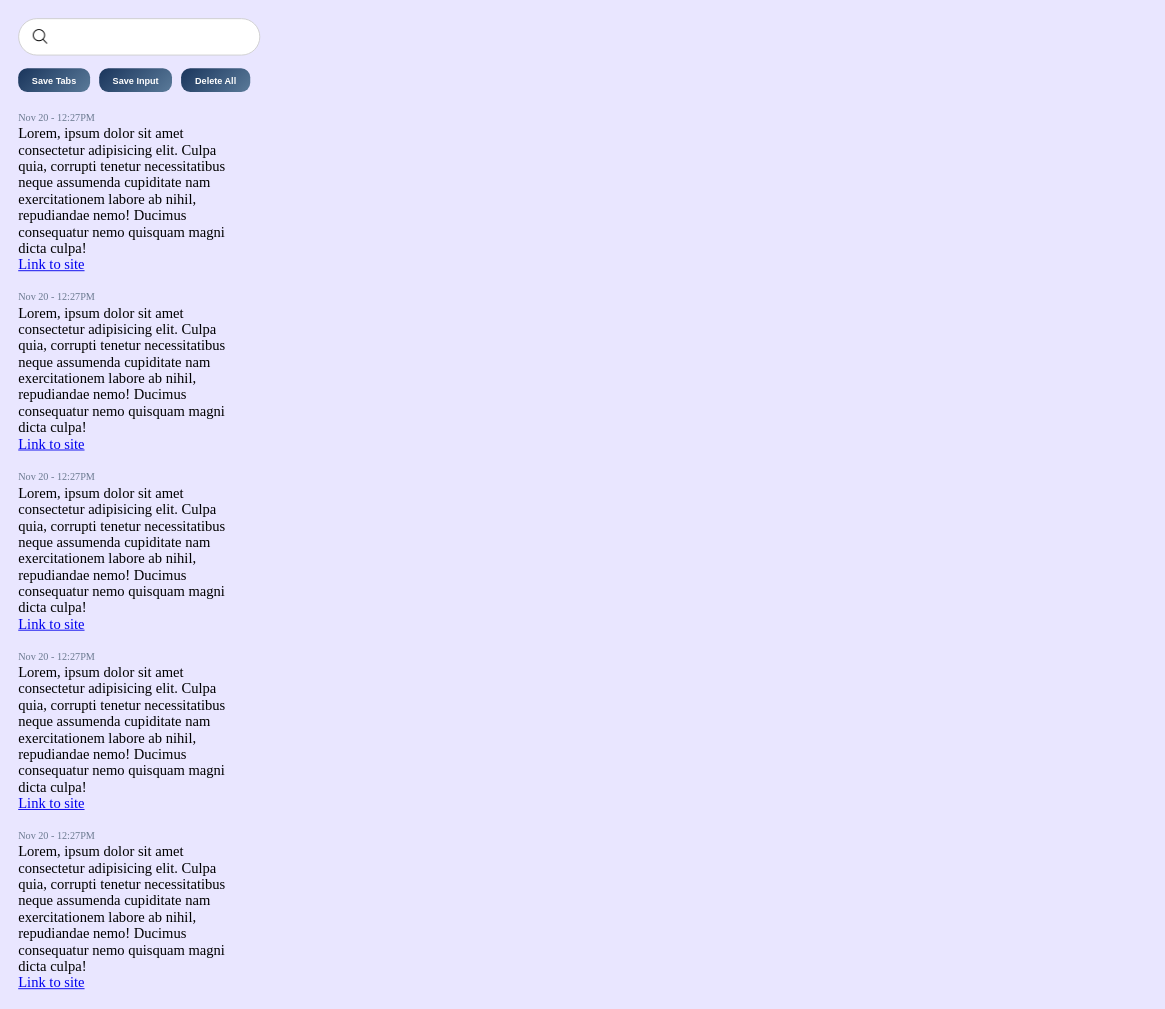
Repository: IdowuMicheal-1/Text-Tab-Organizer
Page: popup.html
These files come from the project's save history. The page is drawn as it stood at one moment and after the next save; the edit follows.
The browser window is 1280 px wide. The pictures show the whole page, at 91% of full size.

Above is the page before, as saved 2025-05-14 13:56:45.

### popup.html
<!DOCTYPE html>
<html lang="en">
  <head>
    <meta charset="UTF-8" />
    <meta name="viewport" content="width=device-width, initial-scale=1.0" />
    <link rel="stylesheet" href="./popup.css" />
    <title>Tabs</title>
  </head>
  <body>
    <div class="top-div">
      <div class="input-div">
        <input type="text" class="text-ipt" />
        <img src="./assets/search.png" class="search-icon" />
      </div>
      <div>
        <div class="btn-div">
          <button class="tabs-btn">Save Tabs</button>
          <button class="tabs-btn">Save Input</button>
          <button class="tabs-btn">Delete All</button>
        </div>
      </div>
      <ul id="content-list"></ul>
    </div>
    <script src="./popup.js"></script>
  </body>
</html>

### popup.css
*,
::before,
::after {
  margin: 0;
  padding: 0;
}



body {
  width: 300px;
  height: 100px;
  min-height: 100px;
  background-color: #e9e6ff;
}

*::-webkit-scrollbar {
  display: none;
}

* {
  -ms-overflow-style: none;
  scrollbar-width: none;
}
html {
  height: 100px;
  min-height: 100px;
}
.top-div {
  width: 100%;
  padding: 20px;
}

.input-div {
  position: relative;
  width: 100%;
}

.search-icon {
  position: absolute;
  top: 12px;
  left: 16px;
  width: 16px;
  height: 16px;
  color: #cecece;
  filter: brightness(20%);
}

.text-ipt {
  width: 220px;
  border-radius: 24px;
  padding: 12px 8px;
  border: 1px solid #cecece;
  padding-left: 36px;
  color: #303030;
}
.save {
  font-size: 14px;
  font-weight: 500;
  color: #13294d;
  margin: 0;
}

.btn-div {
  display: flex;
  align-items: center;
  gap: 10px;
  margin-top: 16px;
}

.tabs-btn {
  background: linear-gradient(
    135deg,
    #13294d,
    #4f6d92
  ); /* Choose the one you prefer */
  color: white;
  padding: 0.75em 1.5em;
  border: none;
  border-radius: 10px;
  font-weight: 600;
  cursor: pointer;
  transition: background 0.3s ease, transform 0.2s ease;
  font-size: 10px;
  text-wrap: nowrap;
}

.tabs-btn {
  background: linear-gradient(
    135deg,
    #1a355c,
    #5a7a99
  ); /* slightly lighter on hover */
  transform: translateY(-2px);
}

.content-card {
  background: white;
  border-radius: 12px;
  padding: 1.5rem;
  box-shadow: 0 4px 12px rgba(0, 0, 0, 0.06);
  max-width: 600px;
  margin: 1rem auto;
  color: #13294d;
  font-family: "Segoe UI", sans-serif;
  line-height: 1.6;
}

.div-content {
  margin-top: 20px;
  list-style: none;
}

.date-read {
  font-size: 0.7rem;
  color: #6b7a90;
  margin-bottom: 0;
  font-weight: 500;
}

.content-text {
  margin-bottom: 0rem;
  text-wrap: wrap;
  width: 250px;
  margin-top: 0.2rem;
}

.content-card > a {
  color: #1a4fff;
  text-decoration: none;
  font-weight: 500;
}

.content-card > a:hover {
  text-decoration: underline;
}

#content-list {
  padding-left: 0px;
}

### popup.js
const listContent = document.getElementById("content-list");

const items = Array.from({ length: 5 });
items.map((_, index) => {
  const li = document.createElement("li");
  li.className = "div-content";
  li.innerHTML = `

          <div class="date-read">Nov 20 - 12:27PM</div>
          <p class="content-text">
            Lorem, ipsum dolor sit amet consectetur adipisicing elit. Culpa
            quia, corrupti tenetur necessitatibus neque assumenda cupiditate nam
            exercitationem labore ab nihil, repudiandae nemo! Ducimus
            consequatur nemo quisquam magni dicta culpa!
          </p>
          <p><a href="#">Link to site</a></p>
       `;
    listContent.appendChild(li);
});

After the next save:
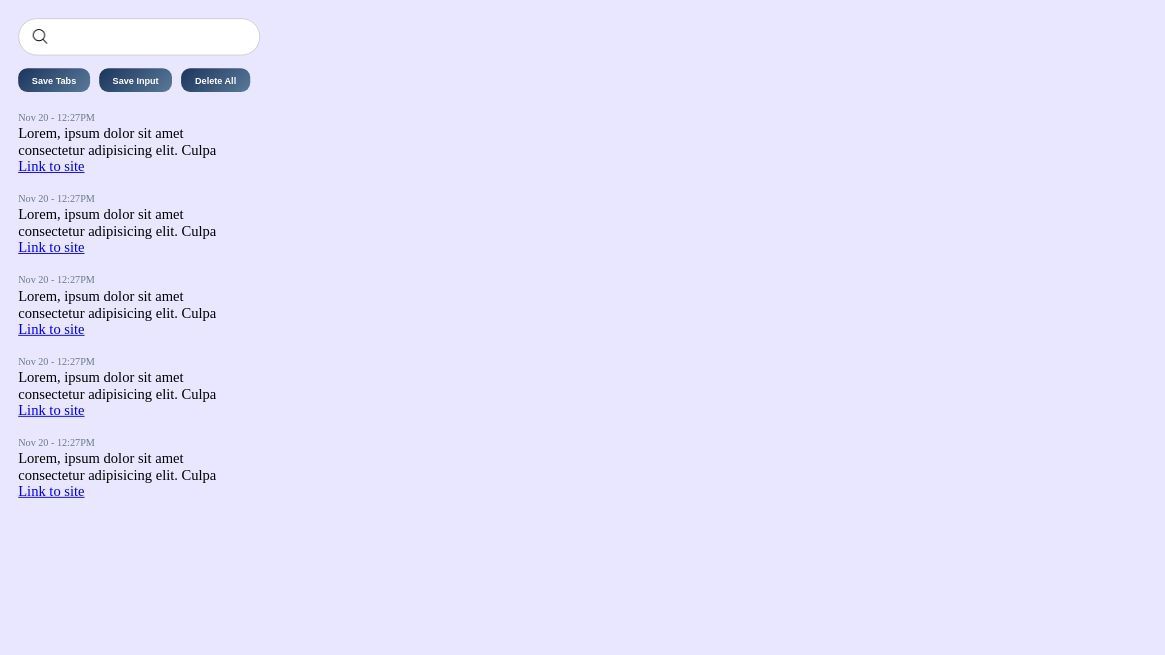
Saved 46 s later.
--- a/popup.js
+++ b/popup.js
@@ -9,9 +9,6 @@ items.map((_, index) => {
           <div class="date-read">Nov 20 - 12:27PM</div>
           <p class="content-text">
             Lorem, ipsum dolor sit amet consectetur adipisicing elit. Culpa
-            quia, corrupti tenetur necessitatibus neque assumenda cupiditate nam
-            exercitationem labore ab nihil, repudiandae nemo! Ducimus
-            consequatur nemo quisquam magni dicta culpa!
           </p>
           <p><a href="#">Link to site</a></p>
        `;
